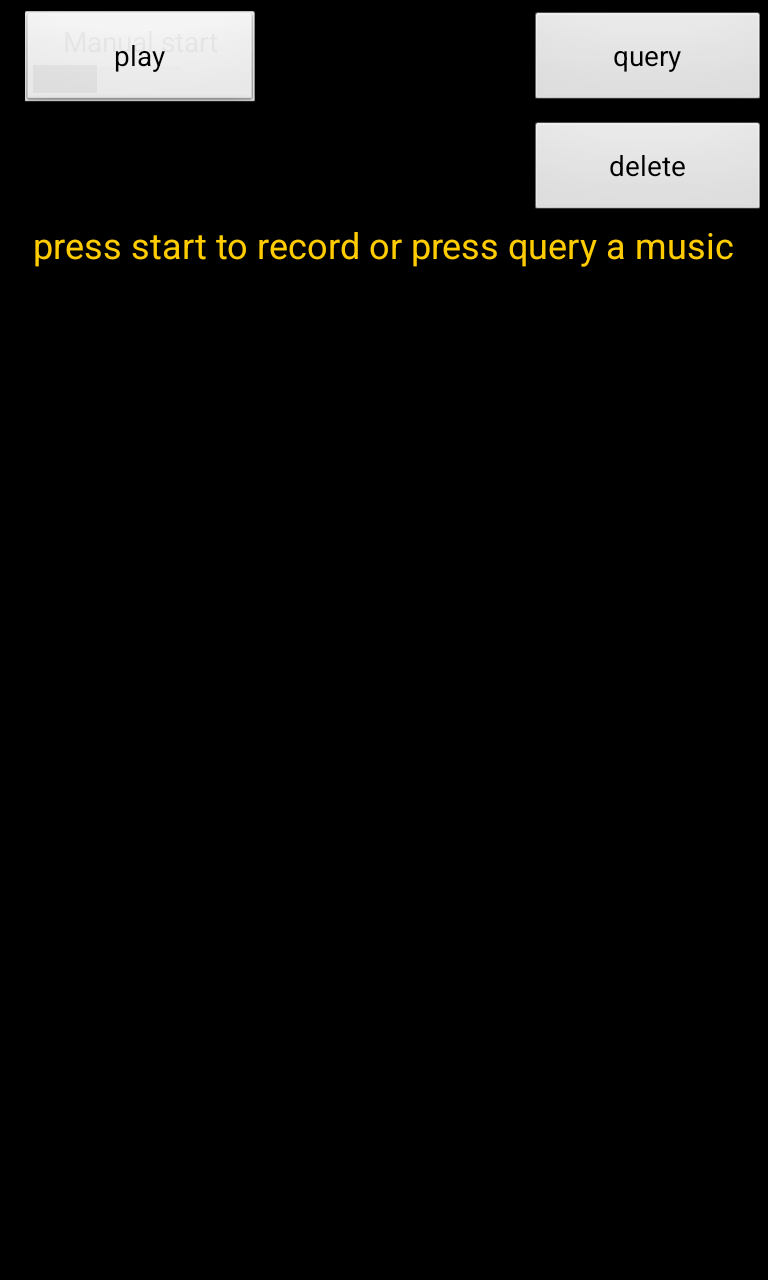
Repository: FreyrChen/tucan_Linux_practice
Layout: 4_Android_program/MusicIdentify/res/layout/activity_main.xml
An editor plug-in stored every save of this project. The layout is shown before and after the next save, followed by the edit.
It is drawn on a 768 x 1280 px phone screen (xhdpi) without system bars, with theme AppTheme; the app's code is not run. Lists and similar views that code fills are empty.

Above is the layout before, as saved 2013-06-09 08:17:42.

After the next save:
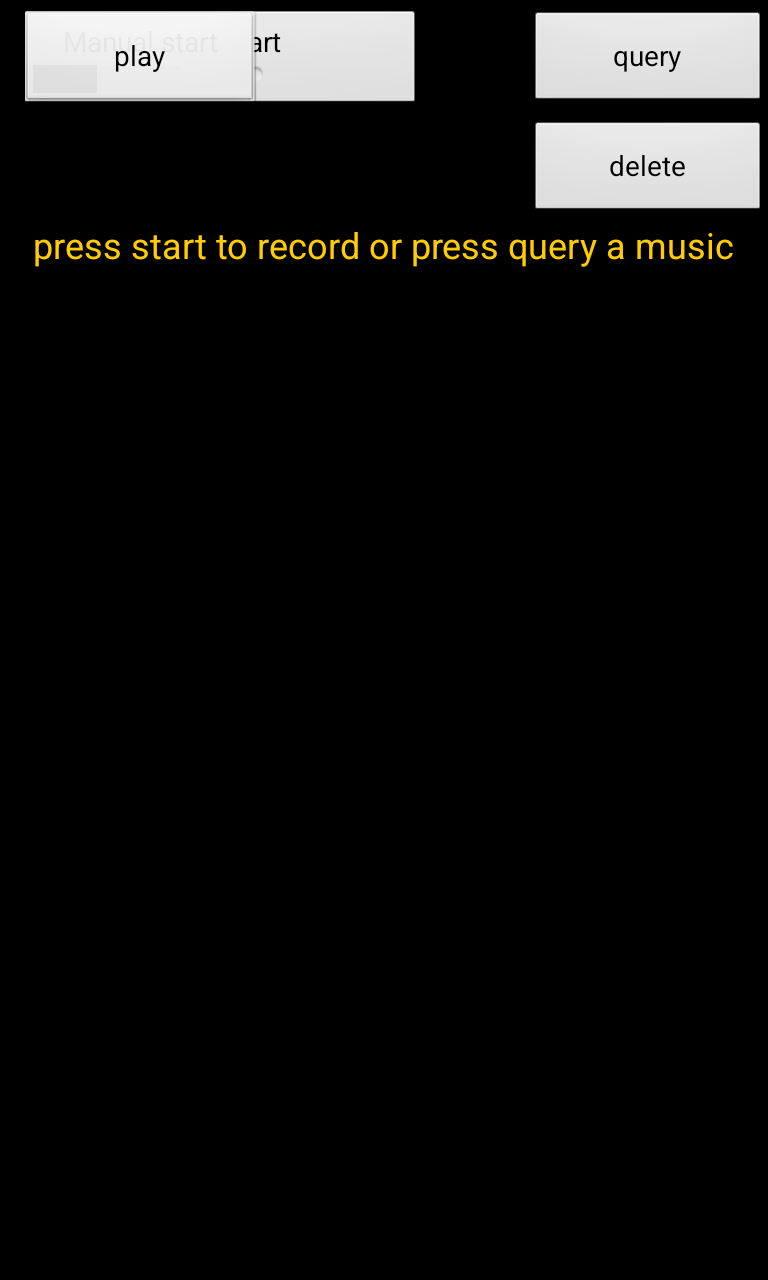
Saved 23 s later.
--- a/4_Android_program/MusicIdentify/res/layout/activity_main.xml
+++ b/4_Android_program/MusicIdentify/res/layout/activity_main.xml
@@ -9,9 +9,8 @@
 		android:id="@+id/auto_record_button"
 		android:textOn="@string/stop"
 		android:textOff="@string/auto_start"
-	 	android:layout_width="120dp"
+	 	android:layout_width="200dp"
 	 	android:layout_height="50dp"
-	    android:layout_alignParentLeft="true"
 	    android:layout_marginTop="5dp"
 	    android:layout_marginLeft="10dp"
  	/>
